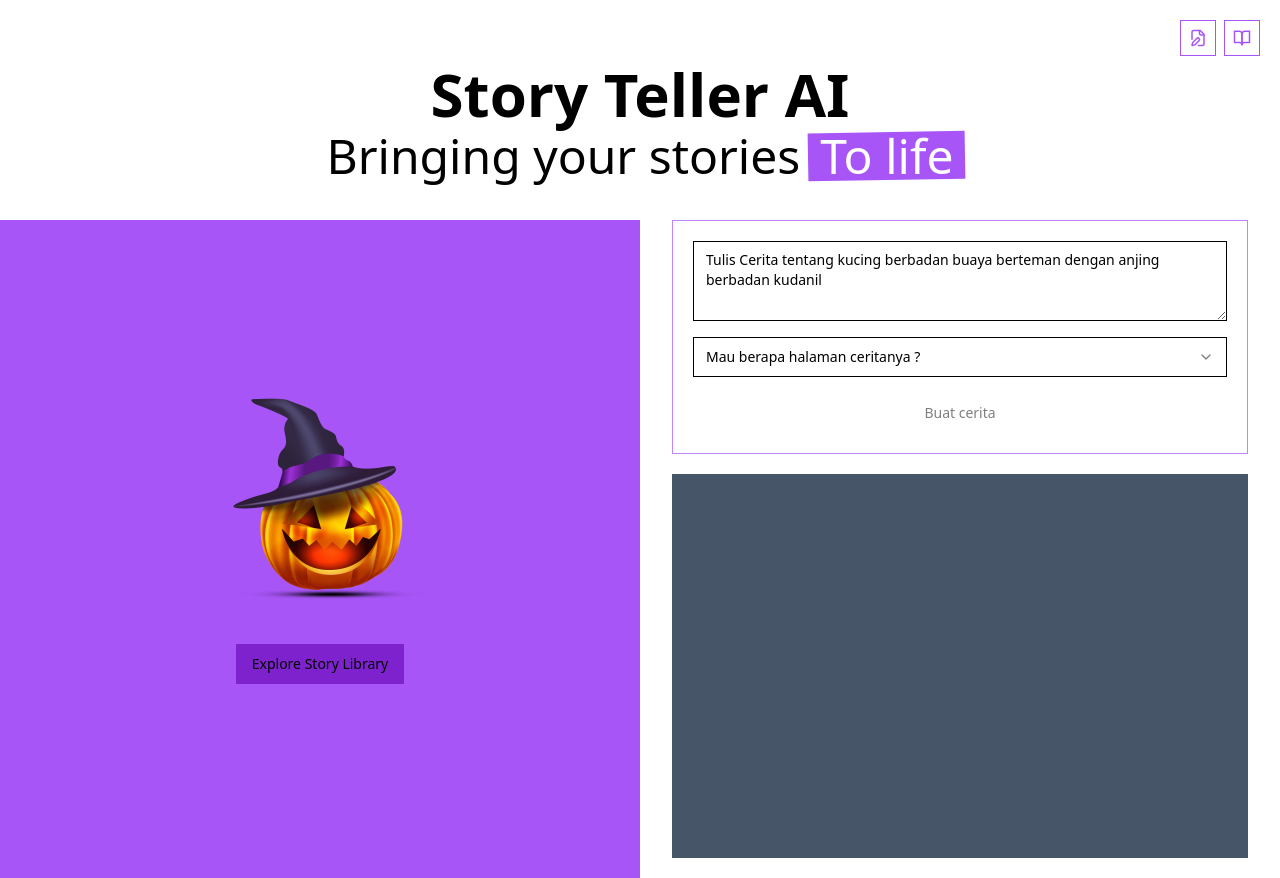
Repository: KilluaProject/story-tellerAI
Page: /
The author's editor kept a copy of each file at every save. The page is drawn from the files as they stood at one save, then again after the next save.
The browser window is 1280 px wide. The pictures show the whole page.
The project was rebuilt for these pictures with package versions that can differ from the ones it lists, and the page was loaded fresh each time. The framework's server and built-in components were replaced by stand-ins that run in the browser. Also part of the build but not shown: next.config.mjs.

Above is the page before, as saved 2024-06-25 14:10:46.

### app/layout.tsx
import type { Metadata } from "next";
import { Inter } from "next/font/google";
import "./globals.css";
import Header from "@/components/Header";

const inter = Inter({ subsets: ["latin"] });

export const metadata: Metadata = {
  title: "Story Telling AI",
  description: "Generated by create next app",
};

export default function RootLayout({
  children,
}: Readonly<{
  children: React.ReactNode;
}>) {
  return (
    <html lang="en">
      <body className="flex flex-col min-h-screen">
        <Header/>
        {children}

      </body>
    </html>
  );
}

### app/page.tsx
import { Button } from "@/components/ui/button";
import Image from "next/image";
import Link from "next/link";
import logo from "/images/logo.png"
import StoryWriter from "@/components/StoryWriter";
export default function Home() {
  return (
    <main className="mt-10 flex-1 flex flex-col">
      <section className="flex-1 grid grid-cols-1 lg:grid-cols-2">
        <div className="flex flex-col bg-purple-500  gap-5 justify-center items-center order-1 lg:-order-1 pb-10 ">

          <Image alt="logo" width={250} height={250} src={logo}/>
          <Button asChild className="bg-purple-700">
            <Link href={'/story'}>Explore Story Library</Link>
          </Button>
        </div>

        <StoryWriter/>
      </section>
    </main>
  );
}

### components/Header.tsx
import Link from 'next/link'
import React from 'react'
import { Button } from './ui/button'
import { BookOpen, FilePen } from 'lucide-react'

const Header = () => {
  return (
    <header className='container relative pt-16'>
        <Link href={'/'}>
            <h1 className='text-center text-6xl font-black '>Story Teller AI</h1>
            <div className='flex space-x-5 text-3xl lg:text-5xl justify-center items-center whitespace-nowrap pt-2'>
                <h2 className=''>Bringing your stories</h2>
                <div className='relative'>
                    <div className='absolute bg-purple-500 -left-2 -top-1 -bottom-1 -right-2 md:-left-3 md:-top-0 md:-bottom-0 md:-right-3 -rotate-1'/>
                    <p className='relative text-white'>To life</p>
                </div>
            </div>
        </Link>
        {/* Nav Icon */}
        <div className='flex gap-2 absolute -top-5 right-5'>
            <Link href={'/'}>
                <FilePen className='w-8 h-8 lg:w-9 lg:h-9 mx-auto text-purple-500 mt-10 border border-purple-500 rounded-md p-2 hover:opacity-50 cursor-pointer'/>
            </Link>

            <Link href={'/stories'}>
                <BookOpen className='w-8 h-8 lg:w-9 lg:h-9 mx-auto text-purple-500 mt-10 border border-purple-500 rounded-md p-2 hover:opacity-50 cursor-pointer' />
            </Link>
        </div>
    </header>
  )
}

export default Header

### components/ui/button.tsx
import * as React from "react"
import { Slot } from "@radix-ui/react-slot"
import { cva, type VariantProps } from "class-variance-authority"

import { cn } from "@/lib/utils"

const buttonVariants = cva(
  "inline-flex items-center justify-center whitespace-nowrap rounded-md text-sm font-medium ring-offset-background transition-colors focus-visible:outline-none focus-visible:ring-2 focus-visible:ring-ring focus-visible:ring-offset-2 disabled:pointer-events-none disabled:opacity-50",
  {
    variants: {
      variant: {
        default: "bg-primary text-primary-foreground hover:bg-primary/90",
        destructive:
          "bg-destructive text-destructive-foreground hover:bg-destructive/90",
        outline:
          "border border-input bg-background hover:bg-accent hover:text-accent-foreground",
        secondary:
          "bg-secondary text-secondary-foreground hover:bg-secondary/80",
        ghost: "hover:bg-accent hover:text-accent-foreground",
        link: "text-primary underline-offset-4 hover:underline",
      },
      size: {
        default: "h-10 px-4 py-2",
        sm: "h-9 rounded-md px-3",
        lg: "h-11 rounded-md px-8",
        icon: "h-10 w-10",
      },
    },
    defaultVariants: {
      variant: "default",
      size: "default",
    },
  }
)

export interface ButtonProps
  extends React.ButtonHTMLAttributes<HTMLButtonElement>,
    VariantProps<typeof buttonVariants> {
  asChild?: boolean
}

const Button = React.forwardRef<HTMLButtonElement, ButtonProps>(
  ({ className, variant, size, asChild = false, ...props }, ref) => {
    const Comp = asChild ? Slot : "button"
    return (
      <Comp
        className={cn(buttonVariants({ variant, size, className }))}
        ref={ref}
        {...props}
      />
    )
  }
)
Button.displayName = "Button"

export { Button, buttonVariants }

### components/StoryWriter.tsx
'use client'

import React, { useState } from 'react'
import { Textarea } from './ui/textarea'
import { Select, SelectContent, SelectItem, SelectTrigger, SelectValue } from './ui/select'
import { Button } from './ui/button'

const StoryWriter = () => {

const [story,setStory] =useState<string>("");
const [pages,setPages] = useState<number>();

  return (
   <div className='container flex flex-col'>
    <section className='flex flex-1 flex-col border border-purple-400 p-5 rounded-md gap-4'>
        <Textarea
        value={story}
        onChange={(e) => setStory(e.target.value)}
        className='flex-1 text-black active:border-purple-400'
        placeholder='Tulis Cerita tentang kucing berbadan buaya berteman dengan anjing berbadan kudanil'/>

        <Select onValueChange={value => setPages(parseInt(value)) }>
            <SelectTrigger>
                <SelectValue className='placeholder:text-opacity-50 select-none' placeholder='Mau berapa halaman ceritanya ?'/>
            </SelectTrigger>

            <SelectContent >
                {Array.from({length: 10}, (_,i) => (

                    <SelectItem key={i} value={String(i+1)}>
                    { i + 1 }
                    </SelectItem>

                ))}
            </SelectContent>

        </Select>
        <Button
        disabled = {!story || !pages}
        className='w-full'>Buat cerita</Button>
    </section>

    <section className='flex-1 pb-5 mt-5'>
        <div className='flex flex-col-reverse w-full gap-2 bg-slate-600 text-gray-200 rounded-md font-mono h-96 p-10'>
           <div>

            </div>
        </div>
    </section>

   </div>
  )
}

export default StoryWriter

### components/ui/textarea.tsx
import * as React from "react"

import { cn } from "@/lib/utils"

export interface TextareaProps
  extends React.TextareaHTMLAttributes<HTMLTextAreaElement> {}

const Textarea = React.forwardRef<HTMLTextAreaElement, TextareaProps>(
  ({ className, ...props }, ref) => {
    return (
      <textarea
        className={cn(
          "flex min-h-[80px] w-full rounded-md border border-input bg-background px-3 py-2 text-sm ring-offset-background placeholder:text-muted-foreground focus-visible:outline-none focus-visible:ring-2 focus-visible:ring-ring focus-visible:ring-offset-2 disabled:cursor-not-allowed disabled:opacity-50",
          className
        )}
        ref={ref}
        {...props}
      />
    )
  }
)
Textarea.displayName = "Textarea"

export { Textarea }

### components/ui/select.tsx
"use client"

import * as React from "react"
import * as SelectPrimitive from "@radix-ui/react-select"
import { Check, ChevronDown, ChevronUp } from "lucide-react"

import { cn } from "@/lib/utils"

const Select = SelectPrimitive.Root

const SelectGroup = SelectPrimitive.Group

const SelectValue = SelectPrimitive.Value

const SelectTrigger = React.forwardRef<
  React.ElementRef<typeof SelectPrimitive.Trigger>,
  React.ComponentPropsWithoutRef<typeof SelectPrimitive.Trigger>
>(({ className, children, ...props }, ref) => (
  <SelectPrimitive.Trigger
    ref={ref}
    className={cn(
      "flex h-10 w-full items-center justify-between rounded-md border border-input bg-background px-3 py-2 text-sm ring-offset-background placeholder:text-muted-foreground focus:outline-none focus:ring-2 focus:ring-ring focus:ring-offset-2 disabled:cursor-not-allowed disabled:opacity-50 [&>span]:line-clamp-1",
      className
    )}
    {...props}
  >
    {children}
    <SelectPrimitive.Icon asChild>
      <ChevronDown className="h-4 w-4 opacity-50" />
    </SelectPrimitive.Icon>
  </SelectPrimitive.Trigger>
))
SelectTrigger.displayName = SelectPrimitive.Trigger.displayName

const SelectScrollUpButton = React.forwardRef<
  React.ElementRef<typeof SelectPrimitive.ScrollUpButton>,
  React.ComponentPropsWithoutRef<typeof SelectPrimitive.ScrollUpButton>
>(({ className, ...props }, ref) => (
  <SelectPrimitive.ScrollUpButton
    ref={ref}
    className={cn(
      "flex cursor-default items-center justify-center py-1",
      className
    )}
    {...props}
  >
    <ChevronUp className="h-4 w-4" />
  </SelectPrimitive.ScrollUpButton>
))
SelectScrollUpButton.displayName = SelectPrimitive.ScrollUpButton.displayName

const SelectScrollDownButton = React.forwardRef<
  React.ElementRef<typeof SelectPrimitive.ScrollDownButton>,
  React.ComponentPropsWithoutRef<typeof SelectPrimitive.ScrollDownButton>
>(({ className, ...props }, ref) => (
  <SelectPrimitive.ScrollDownButton
    ref={ref}
    className={cn(
      "flex cursor-default items-center justify-center py-1",
      className
    )}
    {...props}
  >
    <ChevronDown className="h-4 w-4" />
  </SelectPrimitive.ScrollDownButton>
))
SelectScrollDownButton.displayName =
  SelectPrimitive.ScrollDownButton.displayName

const SelectContent = React.forwardRef<
  React.ElementRef<typeof SelectPrimitive.Content>,
  React.ComponentPropsWithoutRef<typeof SelectPrimitive.Content>
>(({ className, children, position = "popper", ...props }, ref) => (
  <SelectPrimitive.Portal>
    <SelectPrimitive.Content
      ref={ref}
      className={cn(
        "relative z-50 max-h-96 min-w-[8rem] overflow-hidden rounded-md border bg-popover text-popover-foreground shadow-md data-[state=open]:animate-in data-[state=closed]:animate-out data-[state=closed]:fade-out-0 data-[state=open]:fade-in-0 data-[state=closed]:zoom-out-95 data-[state=open]:zoom-in-95 data-[side=bottom]:slide-in-from-top-2 data-[side=left]:slide-in-from-right-2 data-[side=right]:slide-in-from-left-2 data-[side=top]:slide-in-from-bottom-2",
        position === "popper" &&
          "data-[side=bottom]:translate-y-1 data-[side=left]:-translate-x-1 data-[side=right]:translate-x-1 data-[side=top]:-translate-y-1",
        className
      )}
      position={position}
      {...props}
    >
      <SelectScrollUpButton />
      <SelectPrimitive.Viewport
        className={cn(
          "p-1",
          position === "popper" &&
            "h-[var(--radix-select-trigger-height)] w-full min-w-[var(--radix-select-trigger-width)]"
        )}
      >
        {children}
      </SelectPrimitive.Viewport>
      <SelectScrollDownButton />
    </SelectPrimitive.Content>
  </SelectPrimitive.Portal>
))
SelectContent.displayName = SelectPrimitive.Content.displayName

const SelectLabel = React.forwardRef<
  React.ElementRef<typeof SelectPrimitive.Label>,
  React.ComponentPropsWithoutRef<typeof SelectPrimitive.Label>
>(({ className, ...props }, ref) => (
  <SelectPrimitive.Label
    ref={ref}
    className={cn("py-1.5 pl-8 pr-2 text-sm font-semibold", className)}
    {...props}
  />
))
SelectLabel.displayName = SelectPrimitive.Label.displayName

const SelectItem = React.forwardRef<
  React.ElementRef<typeof SelectPrimitive.Item>,
  React.ComponentPropsWithoutRef<typeof SelectPrimitive.Item>
>(({ className, children, ...props }, ref) => (
  <SelectPrimitive.Item
    ref={ref}
    className={cn(
      "relative flex w-full cursor-default select-none items-center rounded-sm py-1.5 pl-8 pr-2 text-sm outline-none focus:bg-accent focus:text-accent-foreground data-[disabled]:pointer-events-none data-[disabled]:opacity-50",
      className
    )}
    {...props}
  >
    <span className="absolute left-2 flex h-3.5 w-3.5 items-center justify-center">
      <SelectPrimitive.ItemIndicator>
        <Check className="h-4 w-4" />
      </SelectPrimitive.ItemIndicator>
    </span>

    <SelectPrimitive.ItemText>{children}</SelectPrimitive.ItemText>
  </SelectPrimitive.Item>
))
SelectItem.displayName = SelectPrimitive.Item.displayName

const SelectSeparator = React.forwardRef<
  React.ElementRef<typeof SelectPrimitive.Separator>,
  React.ComponentPropsWithoutRef<typeof SelectPrimitive.Separator>
>(({ className, ...props }, ref) => (
  <SelectPrimitive.Separator
    ref={ref}
    className={cn("-mx-1 my-1 h-px bg-muted", className)}
    {...props}
  />
))
SelectSeparator.displayName = SelectPrimitive.Separator.displayName

export {
  Select,
  SelectGroup,
  SelectValue,
  SelectTrigger,
  SelectContent,
  SelectLabel,
  SelectItem,
  SelectSeparator,
  SelectScrollUpButton,
  SelectScrollDownButton,
}

Loaded but not shown: app/globals.css (common file); lib/utils.ts (common file); tailwind.config.ts (common file)

After the next save:
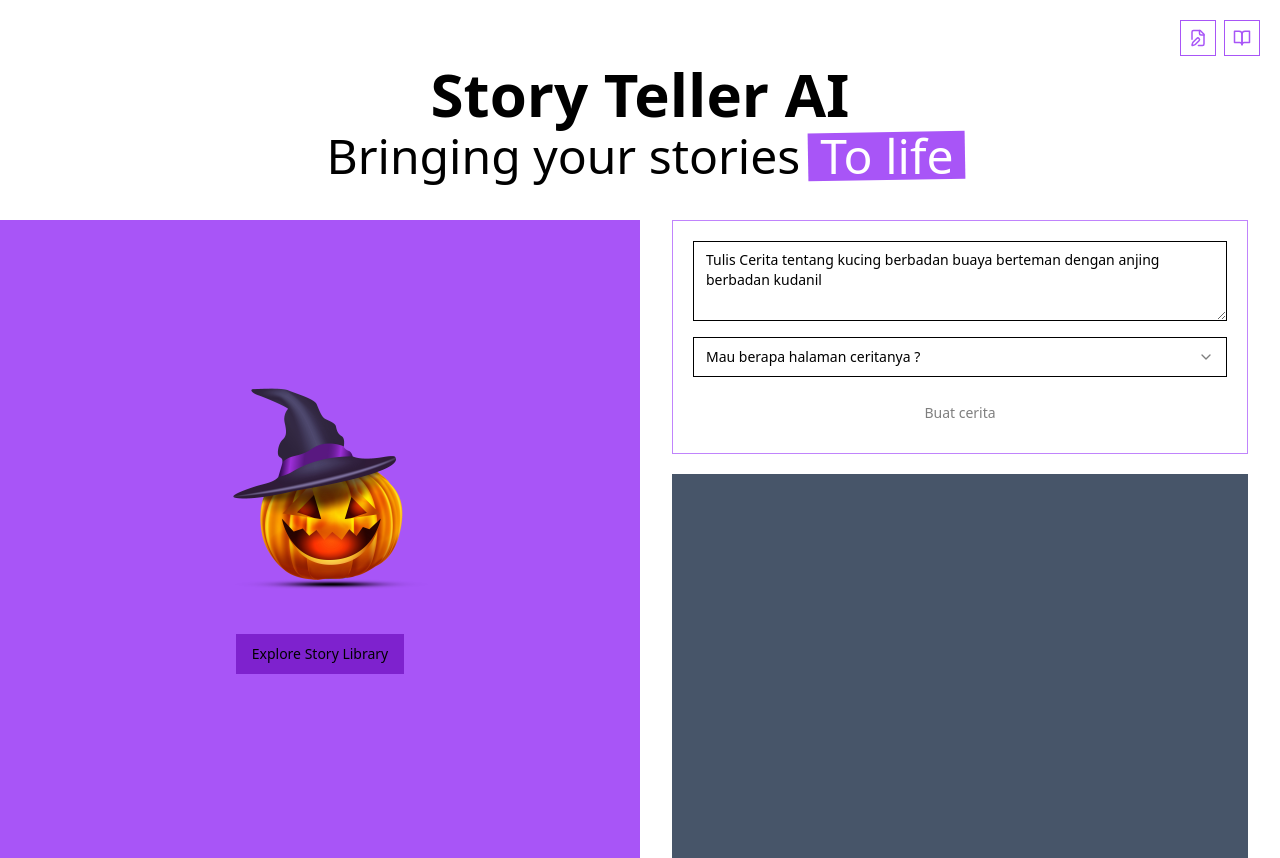
Saved 13 s later.
--- a/components/StoryWriter.tsx
+++ b/components/StoryWriter.tsx
@@ -40,7 +40,7 @@
         className='w-full'>Buat cerita</Button>
     </section>
 
-    <section className='flex-1 pb-5 mt-5'>
+    <section className='flex-1 mt-5'>
         <div className='flex flex-col-reverse w-full gap-2 bg-slate-600 text-gray-200 rounded-md font-mono h-96 p-10'>
            <div>
 
